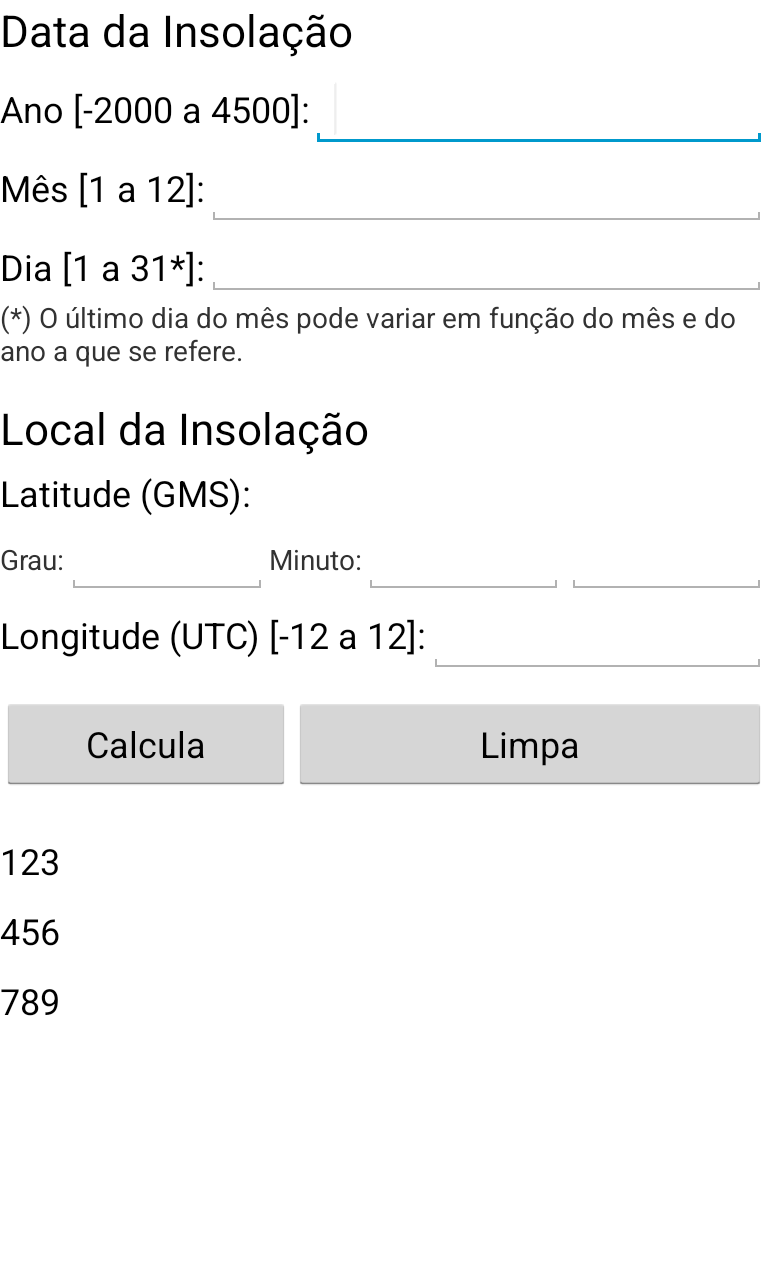
Repository: sergioPereiraBR/insolacao_terrestre
Layout: projeto/source code/InsolacaoTerrestre/res/layout/activity_insolacao_terrestre.xml
These files come from the project's save history. The layout is drawn as it stood at one moment and after the next save; the edit follows.
It is drawn on a 768 x 1280 px phone screen (xhdpi) without system bars, with theme AppTheme; the app's code is not run.

Above is the layout before, as saved 2016-11-23 22:57:29.

### projeto/source code/InsolacaoTerrestre/res/layout/activity_insolacao_terrestre.xml
<LinearLayout xmlns:android="http://schemas.android.com/apk/res/android"
    xmlns:tools="http://schemas.android.com/tools"
    android:id="@+id/LinearLayout1"
    android:layout_width="match_parent"
    android:layout_height="match_parent"
    android:orientation="vertical"
    tools:context="${relativePackage}.${activityClass}" >

    <LinearLayout
        android:layout_width="fill_parent"
        android:layout_height="35dp" >

        <TextView
            android:id="@+id/textView4"
            android:layout_width="wrap_content"
            android:layout_height="wrap_content"
            android:text="Data da Insolação"
            android:textAppearance="?android:attr/textAppearanceLarge" />
    </LinearLayout>

    <LinearLayout
        android:layout_width="match_parent"
        android:layout_height="wrap_content" >

        <TextView
            android:id="@+id/textView5"
            android:layout_width="wrap_content"
            android:layout_height="wrap_content"
            android:text="Ano [-2000 a 4500]:"
            android:textAppearance="?android:attr/textAppearanceMedium" />

        <EditText
            android:id="@+id/editText1"
            android:layout_width="fill_parent"
            android:layout_height="wrap_content"
            android:layout_weight="1"
            android:ems="10"
            android:inputType="numberSigned" >

            <requestFocus android:layout_width="wrap_content" />

        </EditText>
    </LinearLayout>

    <LinearLayout
        android:layout_width="match_parent"
        android:layout_height="wrap_content"
        android:orientation="horizontal" >

        <TextView
            android:id="@+id/textView1"
            android:layout_width="wrap_content"
            android:layout_height="wrap_content"
            android:text="Mês [1 a 12]:"
            android:textAppearance="?android:attr/textAppearanceMedium" />

        <EditText
            android:id="@+id/editText2"
            android:layout_width="fill_parent"
            android:layout_height="wrap_content"
            android:layout_weight="0.39"
            android:ems="10"
            android:inputType="number" />

    </LinearLayout>

    <LinearLayout
        android:layout_width="match_parent"
        android:layout_height="wrap_content"
        android:orientation="vertical" >

        <LinearLayout
            android:layout_width="match_parent"
            android:layout_height="35dp" >

            <TextView
                android:id="@+id/textView2"
                android:layout_width="wrap_content"
                android:layout_height="wrap_content"
                android:text="Dia [1 a 31*]:"
                android:textAppearance="?android:attr/textAppearanceMedium" />

            <EditText
                android:id="@+id/editText3"
                android:layout_width="fill_parent"
                android:layout_height="wrap_content"
                android:layout_weight="1"
                android:ems="10"
                android:inputType="number" />
        </LinearLayout>

        <TextView
            android:id="@+id/textView11"
            android:layout_width="wrap_content"
            android:layout_height="50dp"
            android:layout_weight="1"
            android:text="(*) O último dia do mês pode variar em função do mês e do ano a que se refere."
            android:textAppearance="?android:attr/textAppearanceSmall" />

    </LinearLayout>

    <LinearLayout
        android:layout_width="match_parent"
        android:layout_height="35dp" >

        <TextView
            android:id="@+id/textView3"
            android:layout_width="wrap_content"
            android:layout_height="wrap_content"
            android:text="Local da Insolação"
            android:textAppearance="?android:attr/textAppearanceLarge" />

    </LinearLayout>

    <LinearLayout
        android:layout_width="match_parent"
        android:layout_height="wrap_content" >

        <TextView
            android:id="@+id/textView6"
            android:layout_width="wrap_content"
            android:layout_height="wrap_content"
            android:text="Latitude (GMS):"
            android:textAppearance="?android:attr/textAppearanceMedium" />

    </LinearLayout>

    <LinearLayout
        android:layout_width="match_parent"
        android:layout_height="wrap_content" >

        <TextView
            android:id="@+id/textView7"
            android:layout_width="wrap_content"
            android:layout_height="wrap_content"
            android:text="Grau:"
            android:textAppearance="?android:attr/textAppearanceSmall" />

        <EditText
        	android:id="@+id/editText4"
            android:layout_width="wrap_content"
            android:layout_height="wrap_content"
            android:layout_weight="1"
            android:ems="10"
            android:inputType="numberSigned" />


        <TextView
            android:id="@+id/textView8"
            android:layout_width="wrap_content"
            android:layout_height="wrap_content"
            android:text="Minuto:"
            android:textAppearance="?android:attr/textAppearanceSmall" />

        <EditText
            android:id="@+id/editText5"
            android:layout_width="wrap_content"
            android:layout_height="wrap_content"
            android:layout_weight="1"
            android:ems="10"
            android:inputType="number" />

        <EditText
            android:id="@+id/editText6"
            android:layout_width="wrap_content"
            android:layout_height="wrap_content"
            android:layout_weight="1"
            android:ems="10"
            android:inputType="numberDecimal" />

    </LinearLayout>

    <LinearLayout
        android:layout_width="match_parent"
        android:layout_height="50dp"
        android:orientation="horizontal" >

        <Space
            android:layout_width="wrap_content"
            android:layout_height="match_parent" />

        <TextView
            android:id="@+id/textView10"
            android:layout_width="wrap_content"
            android:layout_height="wrap_content"
            android:text="Longitude (UTC) [-12 a 12]:"
            android:textAppearance="?android:attr/textAppearanceMedium" />

        <EditText
            android:id="@+id/editText7"
            android:layout_width="fill_parent"
            android:layout_height="wrap_content"
            android:layout_weight="1"
            android:ems="10"
            android:inputType="numberSigned" />

    </LinearLayout>

    <LinearLayout
        android:layout_width="fill_parent"
        android:layout_height="70dp"
        android:orientation="horizontal" >

        <RelativeLayout
            android:layout_width="wrap_content"
            android:layout_height="match_parent" >

            <Button
                android:id="@+id/button2"
                android:layout_width="154dp"
                android:layout_height="wrap_content"
                android:layout_alignParentRight="true"
                android:layout_alignParentTop="true"
                android:layout_toRightOf="@+id/button1"
                android:text="Limpa" />

            <Button
                android:id="@+id/button1"
                android:layout_width="146dp"
                android:layout_height="wrap_content"
                android:layout_alignParentLeft="true"
                android:layout_alignParentTop="true"
                android:text="Calcula" />

        </RelativeLayout>

    </LinearLayout>

    <LinearLayout
        android:layout_width="match_parent"
        android:layout_height="100dp"
        android:orientation="vertical" >

        <TextView
            android:id="@+id/textView13"
            android:layout_width="wrap_content"
            android:layout_height="35dp"
            android:text="123"
            android:textAppearance="?android:attr/textAppearanceMedium" />

        <TextView
            android:id="@+id/textView14"
            android:layout_width="wrap_content"
            android:layout_height="35dp"
            android:text="456"
            android:textAppearance="?android:attr/textAppearanceMedium" />

        <TextView
            android:id="@+id/textView15"
            android:layout_width="wrap_content"
            android:layout_height="35dp"
            android:text="789"
            android:textAppearance="?android:attr/textAppearanceMedium" />

        <TextView
            android:id="@+id/textView12"
            android:layout_width="wrap_content"
            android:layout_height="wrap_content"
            android:text="teste"
            android:textAppearance="?android:attr/textAppearanceMedium" />

    </LinearLayout>

</LinearLayout>

Loaded but not shown: projeto/source code/InsolacaoTerrestre/res/values/styles.xml (common file); projeto/source code/InsolacaoTerrestre/res/values-v11/styles.xml (common file); projeto/source code/InsolacaoTerrestre/res/values-v14/styles.xml (common file)

After the next save:
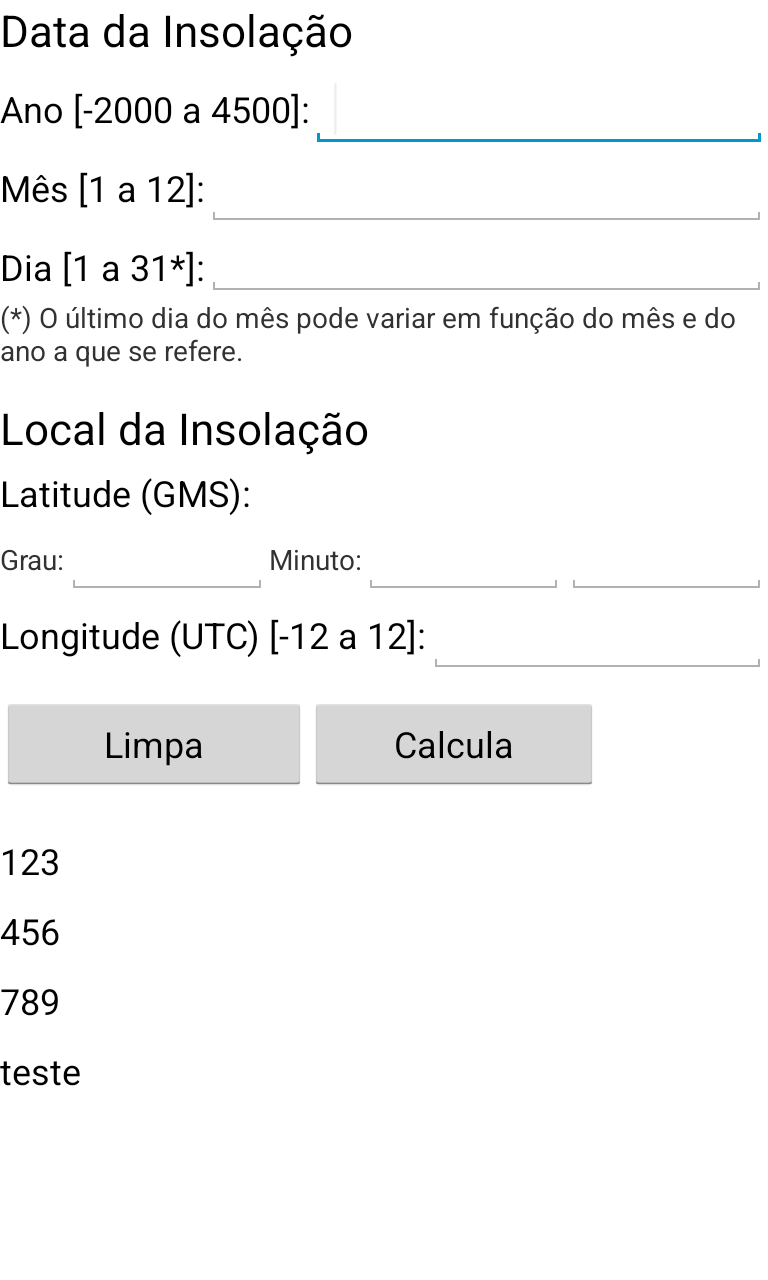
Saved 6 min 41 s later.
--- a/projeto/source code/InsolacaoTerrestre/res/layout/activity_insolacao_terrestre.xml
+++ b/projeto/source code/InsolacaoTerrestre/res/layout/activity_insolacao_terrestre.xml
@@ -209,26 +209,23 @@
                 android:id="@+id/button2"
                 android:layout_width="154dp"
                 android:layout_height="wrap_content"
-                android:layout_alignParentRight="true"
-                android:layout_alignParentTop="true"
-                android:layout_toRightOf="@+id/button1"
-                android:text="Limpa" />
-
-            <Button
-                android:id="@+id/button1"
-                android:layout_width="146dp"
-                android:layout_height="wrap_content"
                 android:layout_alignParentLeft="true"
                 android:layout_alignParentTop="true"
-                android:text="Calcula" />
+                android:text="Limpa" />
 
         </RelativeLayout>
 
-    </LinearLayout>
-
-    <LinearLayout
-        android:layout_width="match_parent"
-        android:layout_height="100dp"
+        <Button
+            android:id="@+id/button1"
+            android:layout_width="146dp"
+            android:layout_height="wrap_content"
+            android:text="Calcula" />
+
+    </LinearLayout>
+
+    <LinearLayout
+        android:layout_width="match_parent"
+        android:layout_height="150dp"
         android:orientation="vertical" >
 
         <TextView
